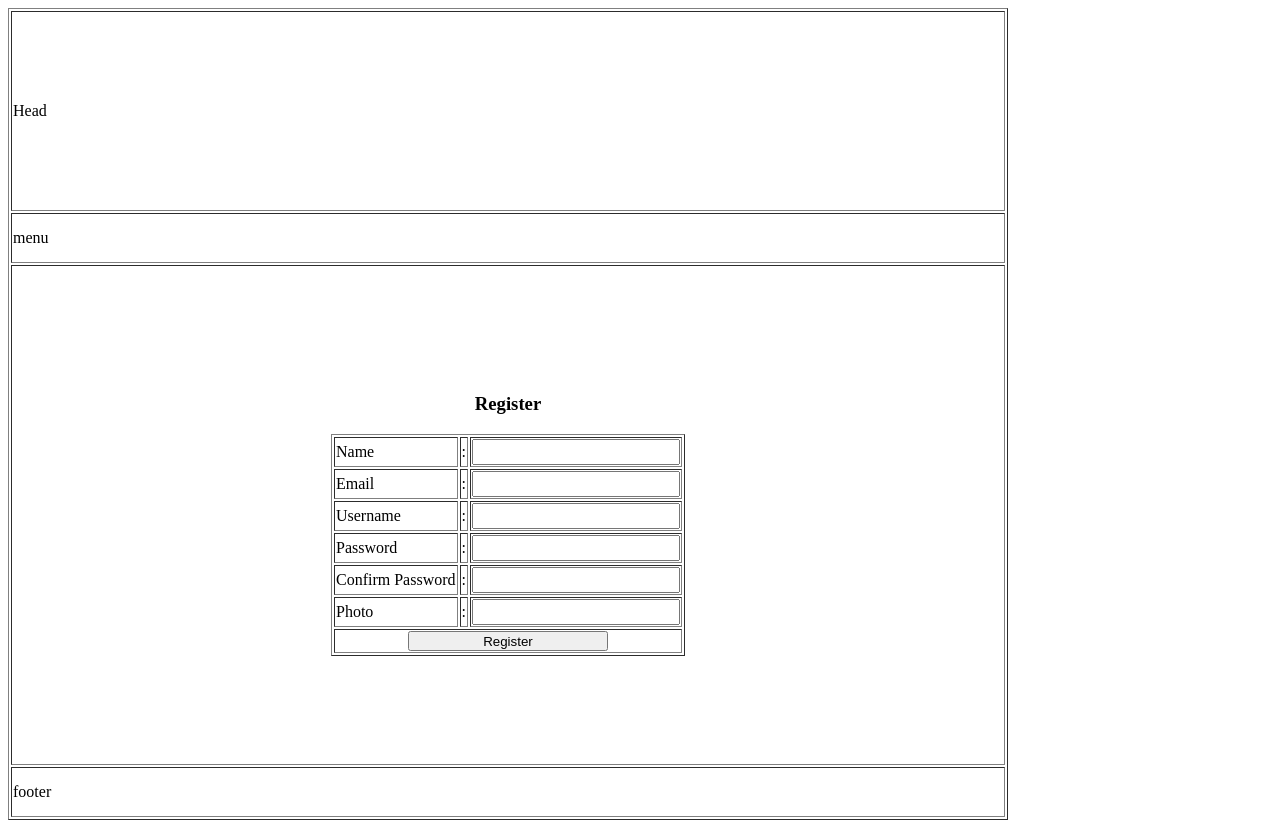
Repository: PraveenRavipati/MyWork
Page: Java/workspaces/office Java WorkScapces/training/javatraining2014/WebContent/Register.html
These files come from the project's save history. The page is drawn as it stood at one moment and after the next save; the edit follows.
The browser window is 1280 px wide. The pictures show the whole page.

Above is the page before, as saved 2014-05-30 09:31:44.

After the next save:
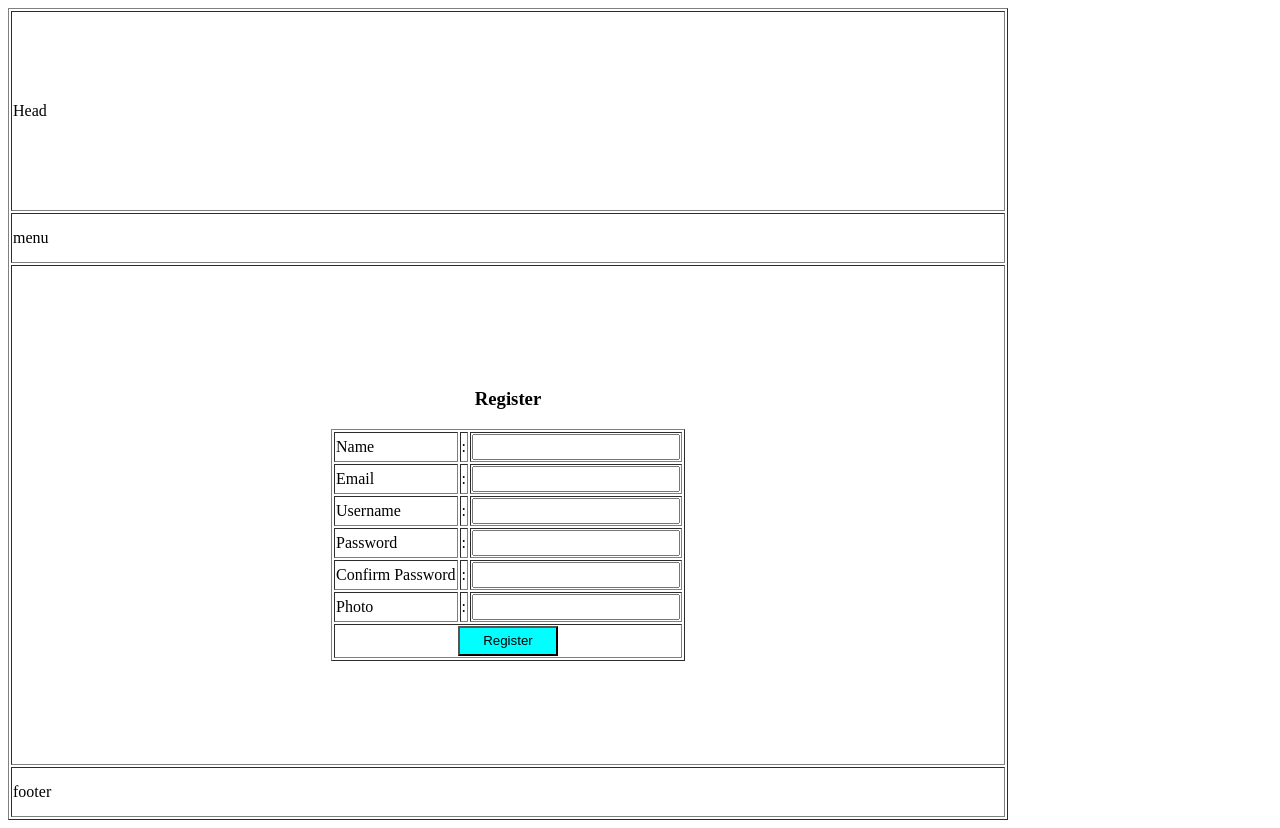
Saved 60 s later.
--- a/Java/workspaces/office Java WorkScapces/training/javatraining2014/WebContent/style.css
+++ b/Java/workspaces/office Java WorkScapces/training/javatraining2014/WebContent/style.css
@@ -3,5 +3,7 @@ input {
 	height: 20px;
 }
 .submit{
-
+	width: 100px;
+	height: 30px;
+	background-color: aqua;
 }
